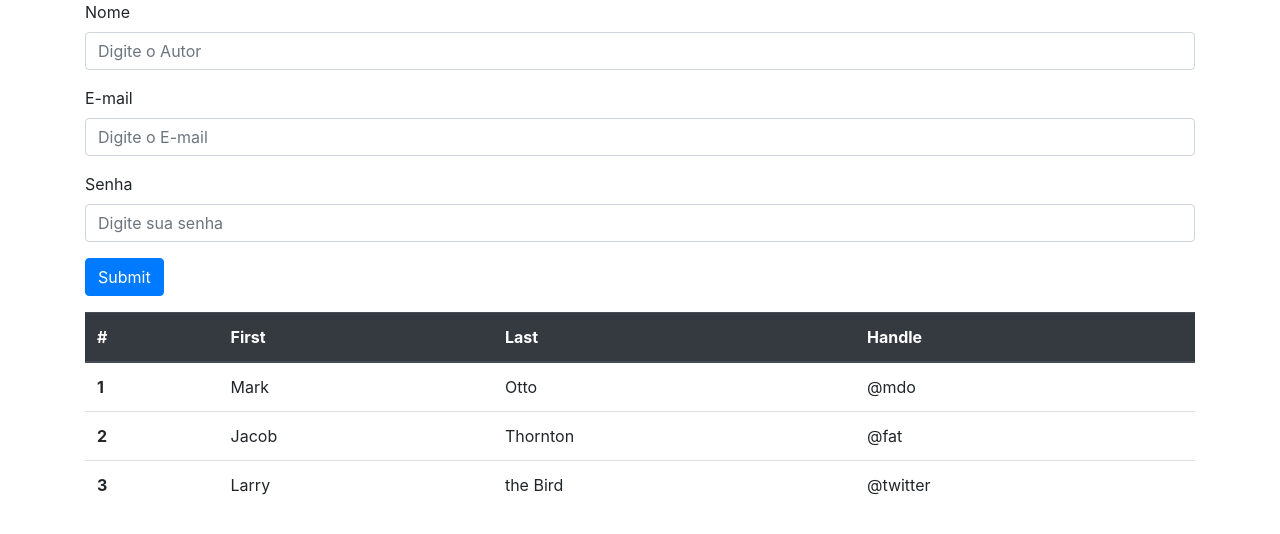
Repository: wellersonfc/simple-crud-react
Page: /
These files come from the project's save history. The page is drawn as it stood at one moment and after the next save; the edit follows.
The browser window is 1280 px wide. The pictures show the whole page.
The project was rebuilt for these pictures with package versions that can differ from the ones it lists, and the page was loaded fresh each time.

Above is the page before, as saved 2019-09-22 15:31:01.

After the next save:
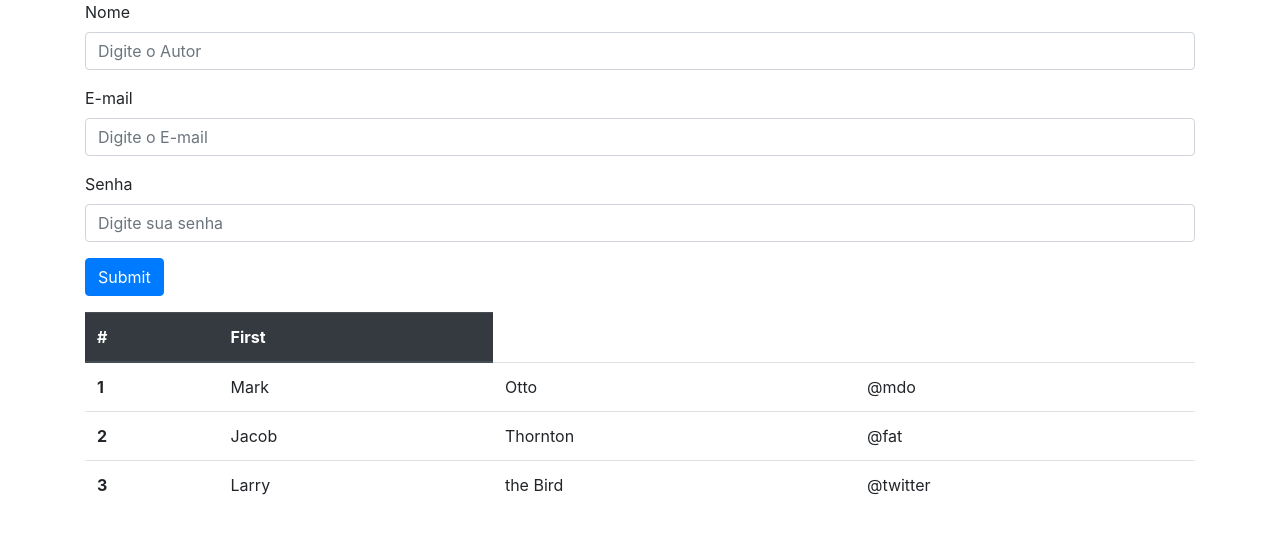
Saved 70 s later.
--- a/src/App.js
+++ b/src/App.js
@@ -29,8 +29,6 @@ function App() {
               <tr>
                 <th scope="col">#</th>
                 <th scope="col">First</th>
-                <th scope="col">Last</th>
-                <th scope="col">Handle</th>
               </tr>
             </thead>
             <tbody>
